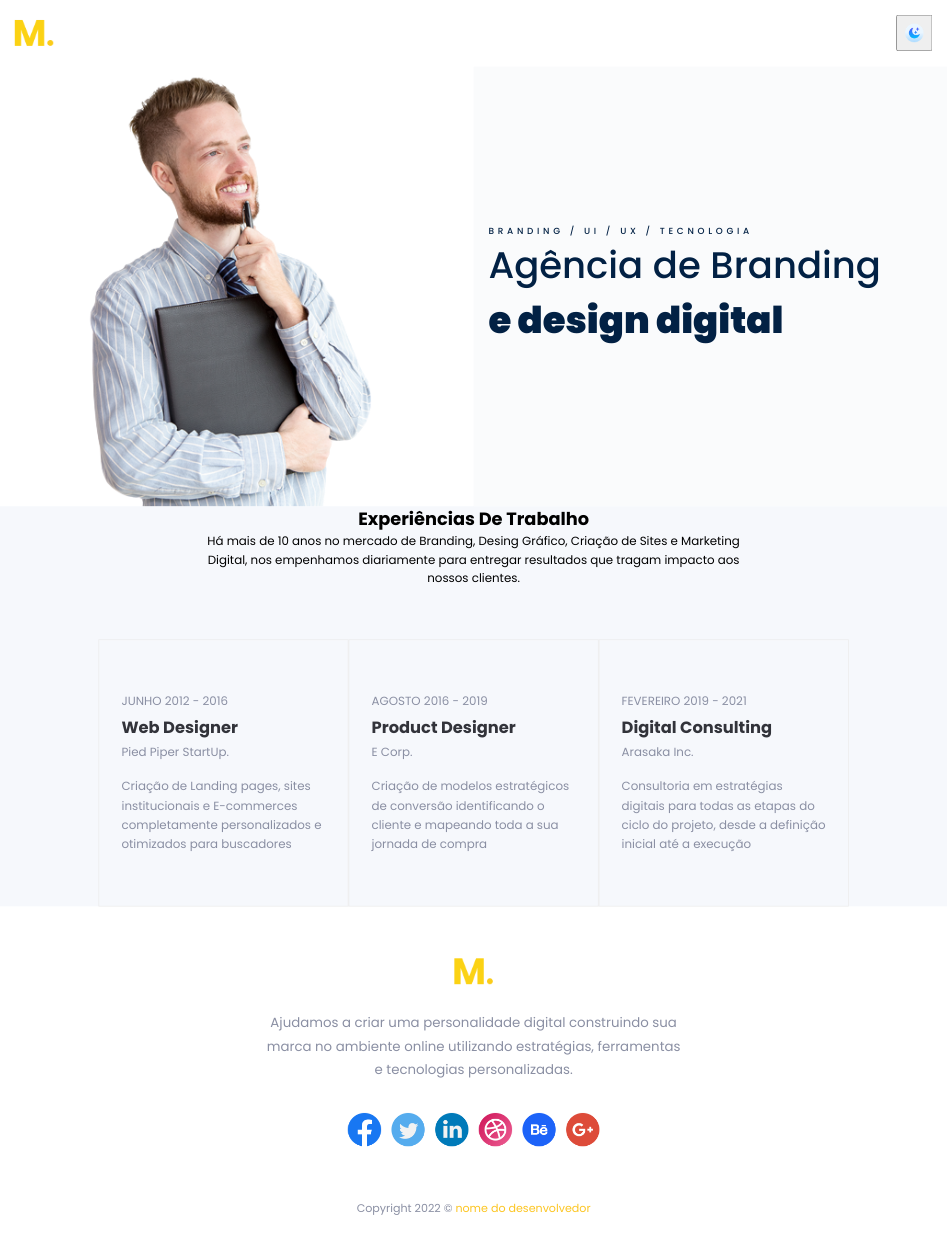
Repository: Daniells642/agencia-digital
Page: /
The author's editor kept a copy of each file at every save. The page is drawn from the files as they stood at one save, then again after the next save.
The browser window is 1280 px wide. The pictures show the whole page, at 74% of full size.
The project was rebuilt for these pictures with package versions that can differ from the ones it lists, and the page was loaded fresh each time.

Above is the page before, as saved 2022-12-02 23:00:30.

### public/index.html
<!DOCTYPE html>
<html lang="pt-br">
  <head>
    <meta charset="utf-8" />
    <link rel="icon" href="assets/logo.png" />
    <meta name="viewport" content="width=device-width, initial-scale=1" />
    <meta name="theme-color" content="#000000" />
    <meta name="description"content="Web site created using create-react-app"/>
    <link rel="apple-touch-icon" href="%PUBLIC_URL%/logo192.png" />
    <link rel="manifest" href="%PUBLIC_URL%/manifest.json" />
    <link rel="preconnect" href="https://fonts.googleapis.com">
    <link rel="preconnect" href="https://fonts.gstatic.com" crossorigin>
    <link href="https://fonts.googleapis.com/css2?family=Poppins:wght@400;500;600;700;800;900&display=swap" rel="stylesheet">
    <title>Agência Digital</title>

  </head>
  <body>
    <noscript>You need to enable JavaScript to run this app.</noscript>
    <div id="root"></div>
    <!--
      This HTML file is a template.
      If you open it directly in the browser, you will see an empty page.

      You can add webfonts, meta tags, or analytics to this file.
      The build step will place the bundled scripts into the <body> tag.

      To begin the development, run `npm start` or `yarn start`.
      To create a production bundle, use `npm run build` or `yarn build`.
    -->
  </body>
</html>

### src/App.js
import Rodape from "./componentes/Rodape";
import SecaoExperienciaTrabalho from "./componentes/SecaoExperienciaTrabalho";
import Topo from "./componentes/Topo";
import SecaoBanner from "./componentes/SecaoBanner";
import "./App.css";
import React, { useState } from 'react';



function App() {

  const [ehTemaEscuro, setTemaEscuro] = useState(false)

  const alterarTema = () => {
    setTemaEscuro(!ehTemaEscuro)
  }

  return (
    <main>
      <Topo alterarTema={alterarTema} ehTemaEscuro={ehTemaEscuro} />
      <SecaoBanner ehTemaEscuro={ehTemaEscuro} />
      <SecaoExperienciaTrabalho ehTemaEscuro={ehTemaEscuro} />
      <Rodape ehTemaEscuro={ehTemaEscuro} />
    </main>
  );
}

export default App;

### src/componentes/Rodape/index.jsx
import "./style.css";
import Logo from '../../assets/logo.png';
import iconeFacebook from '../../assets/facebook.png';
import iconeTwitter from '../../assets/twitter.png';
import iconeLinkedin from '../../assets/linkedin.png';
import iconeDribble from '../../assets/dribble.png';
import iconeBehance from '../../assets/behance.png';
import iconeGooglePlus from '../../assets/google-plus.png';

export default function Rodape(props) {

  return(
    <footer className={props.ehTemaEscuro ? 'rodape-modo-escuro' : 'rodape-modo-claro'}>
      <img src={Logo} alt="logomarca"/>
      <p className="paragrafo">
        Ajudamos a criar uma personalidade digital construindo sua marca no ambiente online utilizando estratégias,
        ferramentas e tecnologias personalizadas.
      </p>
      <div className="iconesRodape">
        <img src={iconeFacebook} alt="facebook"/>
        <img src={iconeTwitter} alt="twitter"/>
        <img src={iconeLinkedin} alt="linkedin"/>
        <img src={iconeDribble} alt="dribble"/>
        <img src={iconeBehance} alt="behance"/>
        <img src={iconeGooglePlus} alt="google plus"/>
      </div>
      <div>
        <p className="copyright">Copyright 2022 &copy; <span>nome do desenvolvedor</span></p>
      </div>
    </footer>
  )
}

### src/componentes/SecaoExperienciaTrabalho/index.jsx
import Card from '../Card';
import './style.css';

export default function SecaoExperienciaTrabalho(props) {
    return (
      <section id='secao-experiencia' className={props.ehTemaEscuro ? 'secao-modo-escuro' : 'secao-modo-claro'}>

            <div id='container-texto' className={props.ehTemaEscuro ? 'texto-modo-escuro' : 'texto-modo-claro'}>
                <h1>Experiências De Trabalho</h1>
                <p> Há mais de 10 anos no mercado de Branding, Desing Gráfico, Criação de
                Sites e Marketing Digital, nos empenhamos diariamente para entregar
                resultados que tragam impacto aos nossos clientes.
                </p>
            </div>

            <div className="container-cards limitar-secao">
              <Card
                data="JUNHO 2012 - 2016"
                titulo="Web Designer"
                empresa="Pied Piper StartUp."
                paragrafo="Criação de Landing pages, sites institucionais e E-commerces completamente personalizados e otimizados para buscadores"
              />
              <Card
                data="AGOSTO 2016 - 2019"
                titulo="Product Designer"
                empresa="E Corp."
                paragrafo="Criação de modelos estratégicos de conversão identificando o cliente e mapeando toda a sua jornada de compra"
              />
              <Card
                data="FEVEREIRO 2019 - 2021"
                titulo="Digital Consulting"
                empresa="Arasaka Inc."
                paragrafo="Consultoria em estratégias digitais para todas as etapas do ciclo do projeto, desde a definição inicial até a execução"
              />
        </div>



      </section>
    );
  }

### src/componentes/Topo/index.jsx
import './style.css';
import Logo from '../../assets/logo.png';
import iconeSol from '../../assets/sun.png';
import iconeLua from '../../assets/moon.png';

export default function Topo(props) {
    return (
      <header className={props.ehTemaEscuro ? "topo-modo-escuro" : "topo-modo-claro"}>
            <img className="logo" src={Logo} alt="logomarca"/>
            <button onClick={props.alterarTema} >
              <img className='iconesBtn' src={props.ehTemaEscuro ? iconeSol : iconeLua} alt='icone'/>
            </button>
      </header>
    );
  }

### src/componentes/SecaoBanner/index.jsx
import './style.css';

export default function SecaoBanner(props) {

  return(
    <section id="secaoBanner">
      <div id="imagemDeFundo" className={props.ehTemaEscuro ? 'fundo-modo-escuro' : 'fundo-modo-claro'}></div>
      <div className="texto-secaoBanner">
        <p>BRANDING / UI / UX / TECNOLOGIA</p>
        <h2>Agência de Branding</h2>
        <span>e design digital</span>
      </div>
    </section>
  )
}

### src/App.css
*{
  margin: 0;
  padding: 0;
  box-sizing: border-box;
  font-family: 'Poppins', sans-serif;
}

### src/componentes/Rodape/style.css
footer {
  display: flex;
  flex-direction: column;
  align-items: center;
  justify-content: center;
  padding-top: 70px;
}

.rodape-modo-claro {
  background-color: #fff;
}

.rodape-modo-escuro {
  background-color: #252525;
}

.rodape-modo-escuro .copyright {
  border-top: 1px solid #ffffff0d;
}

.paragrafo {
  padding: 0px 20px;
  font-size: 18px;
  font-weight: 300;
  color: #8a8fa3;
  max-width: 600px;
  line-height: 32px;
  text-align: center;
  margin: 36px auto 42px;
}

.iconesRodape {
  display: flex;
  justify-content: space-around;
  width: 100%;
  max-width: 375px;
  padding: 0px 10px;
  margin-bottom: 50px;
}

.iconesRodape img {
  width: 45px;
  cursor: pointer;
}

.copyright {
  width: 100%;
  font-size: 15px;
  font-weight: 300;
  line-height: 28px;
  color: #8a8fa3;
  padding: 20px 0px;
  text-align: center;
}

.copyright span {
  color: #fcc520;
}

### src/componentes/Card/index.jsx
import './style.css';

export default function Card(props) {
    return (
      <div id="card" className={(props.ehTemaEscuro != props.ehTemaEscuro) ? 'card-modo-escuro' : 'card-modo-claro'}>
        <p className="primeiroParagrafo">{props.data}</p>
        <h4>{props.titulo}</h4>
        <p className="segundoParagrafo">{props.empresa}</p>
        <p>{props.paragrafo}</p>
    </div>
   );
  }

### src/componentes/SecaoExperienciaTrabalho/style.css
#secaoExpDeTrab {
  padding: 100px 20px;
  display: flex;
  flex-direction: column;
  align-items: center;
  justify-content: center;
  background-color: #f6f8fc;
}

.secao-modo-claro {
	background-color: #f6f8fc;
}

.secao-modo-escuro {
  background-color: #393838;
}

#container-texto {
  display: flex;
  flex-direction: column;
  text-align: center;
  align-items: center;
}

#container-texto h2 {
  position: relative;
  font-size: 45px;
  font-weight: 700;
  padding-bottom: 20px;
  margin-bottom: 35px;
}

#container-texto h2::before{
  position: absolute;
  content: "";
  bottom: 0;
  left: 0;
  right: 0;
  margin: 0 auto;
  width: 100px;
  height: 4px;
  background-color: #feb633;
}

#container-texto p {
  font-size: 16px;
  font-weight: 400;
  max-width: 770px;
  margin-bottom: 70px;
}

.container-texto-modo-claro h2{
	color: #32333c;
}

.container-texto-modo-claro p {
	color: #8a8fa3;
}

.container-texto-modo-escuro {
  color: #CCCCCC;
}

.container-cards {
  display: flex;
  justify-content: center;
}

.limitar-secao {
  width: 100%;
  max-width: 1024px;
  margin: 0 auto;
}

@media screen and (max-width: 768px) {
  .container-cards {
    flex-direction: column;
  }
}

### src/componentes/Topo/style.css
header {
    width: 100%;
    padding: 20px;
    display: flex;
    align-items: center;
    justify-content: space-between;
    position: fixed;
    z-index: 1;
  }

  .topo-modo-claro {
    background-color: #fff;
  }

  .topo-modo-escuro {
    background-color: #252525;
    border-bottom: 1px solid #ffffff0d;
  }

  button {
    display: flex;
    align-items: center;
    padding: 10px 10px;
    cursor: pointer;
  }

  .btn-modo-claro {
    background-color: #fff;
    border-radius: 25px;
    border: 2px solid #747272;
  }

  .btn-modo-escuro {
    background-color: #252525;
    border-radius: 25px;
    border: 2px solid #fff;
  }

  .logo {
    max-height: 35px;
  }

  .iconesBtn {
    width: 25px;
    height: 25px;
  }

### src/componentes/SecaoBanner/style.css
#secaoBanner {
  height: 95vh;
  padding-top: 90px;
  display: flex;
  position: relative;
}

#imagemDeFundo {
  width: 50%;
  background-image: url('../../assets/banner.png');
  background-position: center;
  background-repeat: no-repeat;
  background-size: cover;
  object-fit: cover;
}

.fundo-modo-claro {
	background-color: #fff;
}

.fundo-modo-escuro {
  background-color: #252525;
}

.texto-secaoBanner {
  width: 50%;
  padding: 0px 20px;
  display: flex;
  flex-direction: column;
  justify-content: center;
  background-color: #fafbfc;
}

.texto-secaoBanner p {
  font-size: 12px;
  letter-spacing: 5px;
  font-weight: 500;
  color: #022144;
}

.texto-secaoBanner h2 {
  font-size: 50px;
  font-weight: 500;
  color: #022144;
}

.texto-secaoBanner span {
  font-size: 50px;
  font-weight: 900;
  color: #022144;
}

@media screen and (max-width: 768px) {
  #imagemDeFundo {
    width: 0;
  }

  .texto-secaoBanner {
    width: 100%;
  }
}

### src/componentes/Card/style.css
#card {
    width: 33%;
    padding: 70px 30px;
    display: flex;
    flex-direction: column;
    cursor: pointer;
  }

  #card:hover{
    background-color: #feb633;
    transition: all 1s;
  }

  #card h4 {
    font-size: 22px;
    margin-bottom: 5px;
  }

  #card p {
    font-size: 16px;
    font-weight: 400;
    line-height: 26px;
  }

  .card-modo-claro {
    border: 1px solid #edecec;
  }

  .card-modo-claro h4 {
    color: #32333a;
  }

  .card-modo-claro p {
    color: #8a8fa3;
  }

  .primeiroParagrafo {
    margin-bottom: 5px;
  }

  .segundoParagrafo {
    margin-bottom: 20px;
  }

  @media screen and (max-width: 768px) {
    #card {
      width: auto;
    }
  }

/*modo escuro*/
  .card-modo-escuro {
    border: 1px solid #ffffff0d;
  }

  .card-modo-escuro h4{
    color: #ffffff;
  }

  .card-modo-escuro p {
    color: #e7e7e7;
  }

Loaded but not shown: src/index.js (common file)

After the next save:
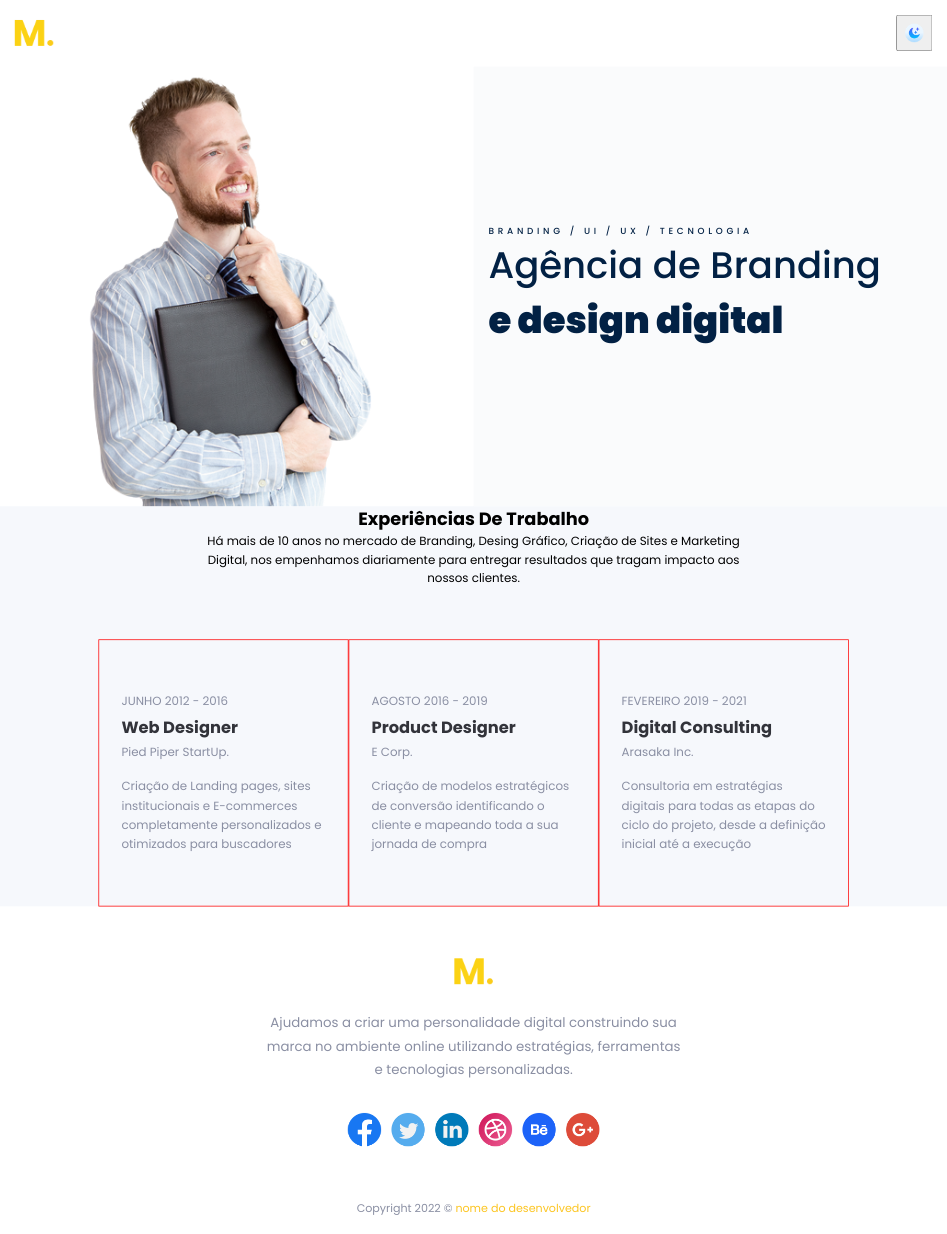
Saved 51 s later.
--- a/src/componentes/Card/style.css
+++ b/src/componentes/Card/style.css
@@ -23,7 +23,7 @@
   }
 
   .card-modo-claro {
-    border: 1px solid #edecec;
+    border: 1px solid red;
   }
 
   .card-modo-claro h4 {

After the save that followed:
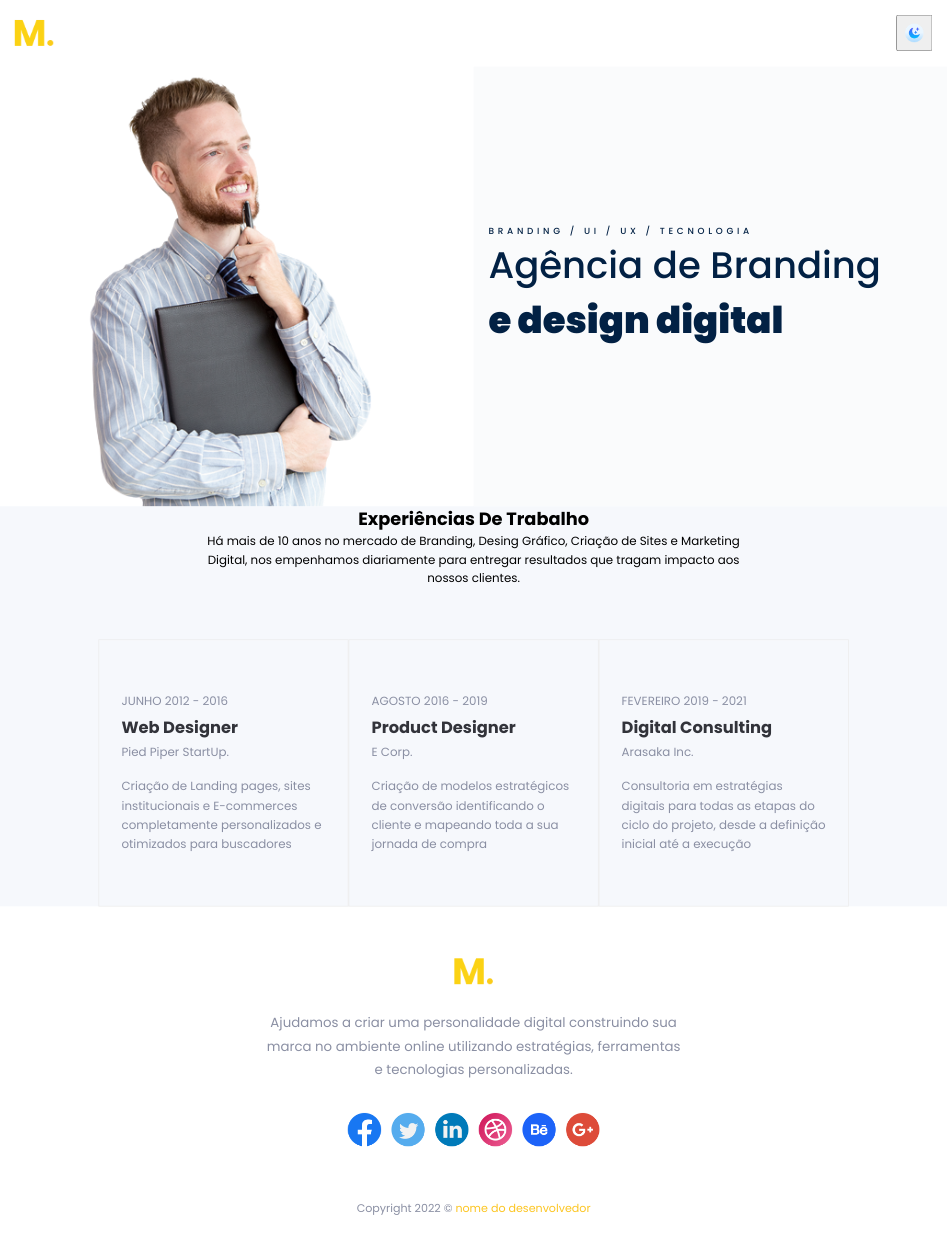
Saved 9 s later.
--- a/src/componentes/Card/style.css
+++ b/src/componentes/Card/style.css
@@ -23,7 +23,7 @@
   }
 
   .card-modo-claro {
-    border: 1px solid red;
+    border: 1px solid #edecec;
   }
 
   .card-modo-claro h4 {
